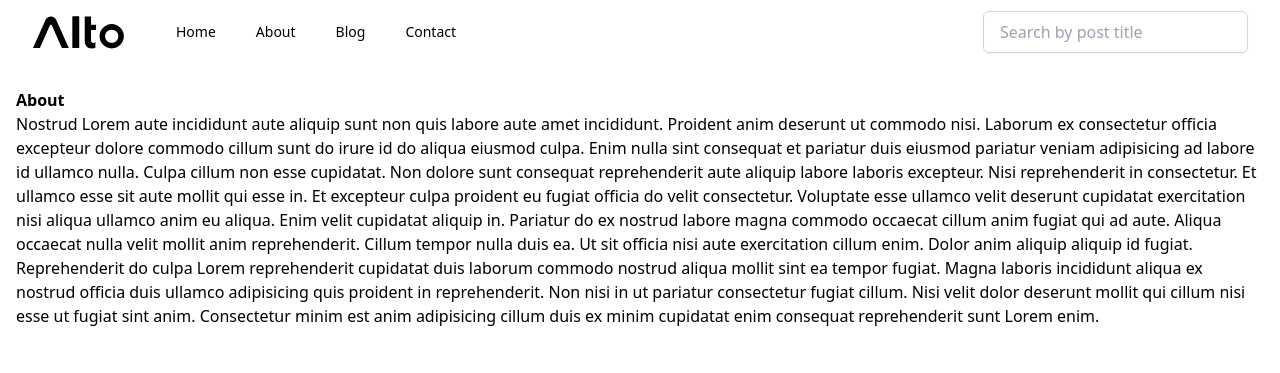
Repository: marianozamora/react-vitest
Page: /about
An editor plug-in stored every save of this project. The page is shown before and after the next save, followed by the edit.
The browser window is 1280 px wide. The pictures show the whole page.
The project was rebuilt for these pictures with package versions that can differ from the ones it lists, and the page was loaded fresh each time. Also part of the build but not shown: vite.config.ts, src/components/03-components/ImageHero.tsx, src/components/05-pages/Home.tsx, src/components/04-layouts/PostList.tsx, src/components/05-pages/Posts.tsx, src/components/03-components/AddPost.tsx, src/components/05-pages/ErrorPage.tsx, src/components/03-components/YoutubeVideo.tsx and 2 more.

Above is the page before, as saved 2023-05-07 05:33:18.

### src/main.tsx
import React, { Children } from 'react'
import ReactDOM from 'react-dom/client'
//import React from 'react'
import { Route, createBrowserRouter, createRoutesFromElements, RouterProvider } from 'react-router-dom';

import Home from './components/05-pages/Home'
import About from './components/05-pages/About'
import Blog from './components/05-pages/About'
import Contact from './components/05-pages/About'

import Navbar from "./components/02-molecules/NavBar";
import './index.css'
import { Layout } from './components/04-layouts/Layout';
import Posts from './components/05-pages/Posts'
import PostEdit from './components/03-components/AddPost'
import ErrorPage from './components/05-pages/ErrorPage';
import DetailPost from './components/05-pages/DetailPost';
import EditPost from './components/03-components/EditPost';

const router = createBrowserRouter(
  createRoutesFromElements(
    <Route path="/"
      errorElement={<ErrorPage />}
      element={<Layout />} >
      <Route index element={<Home />} />
      <Route path="about" element={<About />} />
      <Route path="blog" element={<Blog />} />
      <Route path="contact" element={<Contact />} />
      <Route path="posts" element={<Posts />} />
      <Route path="posts/:postId" element={<DetailPost />} />
      <Route path="posts/edit/:postId" element={<EditPost />} />

      <Route path="add-post" element={<PostEdit />} />

    </Route>
  )
)

ReactDOM.createRoot(document.getElementById('root') as HTMLElement).render(
  <React.StrictMode>
      <RouterProvider router={router} />
  </React.StrictMode>,
)

### src/components/05-pages/About.tsx
import { LoremIpsum } from "lorem-ipsum";

const lorem = new LoremIpsum({
  sentencesPerParagraph: {
    max: 8,
    min: 4
  },
  wordsPerSentence: {
    max: 16,
    min: 4
  }
});

const About = () => {
  return (
    <>
      <h1 className="font-bold text-2xle">About</h1>
      <p>{ lorem.generateParagraphs(4) }</p>
    </>
  )
}

export default About

### src/index.css
@tailwind base;
@tailwind components;
@tailwind utilities;


body{
  background-color: white;
  color: black;
}

### src/components/04-layouts/Layout.tsx
import React from 'react'
import { Outlet } from 'react-router-dom';
// import Navbar from '../02-molecules/NavBar';
import Header from '../03-components/Header';
import Container from '../04-layouts/Container';

export const Layout = ({ children }: any) => {
    return (
        <div>
        <Header />
        <Container>
        <Outlet />
        </Container>
        {/* <Footer /> */}
        </div>
    )
}

### src/components/03-components/Header.tsx
import NavBar from "../02-molecules/NavBar";
import SearchBar from "./SearchBar";
import { usePostStore } from '../../store/postStore';
import {useNavigate} from 'react-router-dom'

export default function Header() {
  const { posts } = usePostStore();
  const navigate = useNavigate();
  return (
    <div className="flex items-center justify-between ">
      <NavBar />
          <SearchBar
              posts={posts}
              onSelectPost={(post) => navigate(`posts/${post.id}`)}
          />
    </div>
  );
}

### src/components/04-layouts/Container.tsx
import React, { ReactNode } from 'react';
import { ContainerProps } from '../../types/interfaces';

const Container: React.FC<ContainerProps> = ({ children }) => {
    return <div className="container mx-auto px-4 mt-6">{children}</div>;
};

export default Container;

### src/store/postStore.ts
import { create } from 'zustand';
import { v4 as uuidv4 } from 'uuid';
import { Post, PostState } from '../types/interfaces';

const getDataStorage = () => {
    const data = localStorage.getItem('posts');
    return data ? JSON.parse(data) : [];
};
const initialState = {
    posts: getDataStorage(),
};



export const usePostStore = create<PostState>((set, get) => ({
    posts: initialState.posts,
    addPost: (post) => {
        post.id = uuidv4();
        set(
            (state) => ({ posts: [...state.posts, post] }))
        localStorage.setItem('posts', JSON.stringify([...initialState.posts, post]));
    },
    removePost: (post) =>
        set((state) => ({
            posts: state.posts.filter((p) => p !== post),
        })),
    editPost: (post: Post) =>
        set((state) => ({
            posts: state.posts.map((p) => (p.id === post.id ? post : p)),
        })),
    getPost: (id: string) => {
        const data = get();
        const post = data.posts.find((p) => p.id === id);
        return post;
    }


}));

### src/components/02-molecules/NavBar.tsx
import React from 'react';
//import * as LinkC from '../01-atoms/Link';
import { Link } from 'react-router-dom';
import Logo
    from '../01-atoms/Logo';
const Navbar: React.FC = () => {
    return (
        <nav className="bg-white text-black">
        <div className="max-w-7xl mx-auto px-4 sm:px-6 lg:px-8">
            <div className="flex items-center justify-between h-16">
            <div className="flex items-center">
                <div className="flex-shrink-0">
                <Link to="/">
                 <Logo
                    />
                </Link>
                </div>
                <div className="hidden md:block">
                <div className="ml-10 flex items-baseline space-x-4">
                    <Link
                    to="/"
                    className="text-black hover:text-gray-300 px-3 py-2 rounded-md text-sm font-medium"
                    >
                    Home
                    </Link>
                    <Link
                    to="/about"
                    className="text-black hover:text-gray-300 px-3 py-2 rounded-md text-sm font-medium"
                    >
                    About
                    </Link>
                    <Link
                    to="/blog"
                    className="text-black hover:text-gray-300 px-3 py-2 rounded-md text-sm font-medium"
                    >
                    Blog
                    </Link>
                    <Link
                    to="/contact"
                    className="text-black hover:text-gray-300 px-3 py-2 rounded-md text-sm font-medium"
                    >
                    Contact
                    </Link>
                </div>
                </div>
            </div>
            </div>
        </div>
        </nav>
    );
};

export default Navbar;

### src/components/03-components/SearchBar.tsx
import React, { useState } from 'react';
import { Post, SearchBarProps } from '../../types/interfaces';

const SearchBar: React.FC<SearchBarProps> = ({ posts, onSelectPost }) => {
    const [searchText, setSearchText] = useState('');
    const [searchResults, setSearchResults] = useState<Post[]>([]);

    const handleSearchTextChange = (event: React.ChangeEvent<HTMLInputElement>) => {
        const searchText = event.target.value;
        setSearchText(searchText);

        // Perform search logic here
        const filteredPosts = posts.filter((post) =>
        post.title.toLowerCase().includes(searchText.toLowerCase())
        );
        setSearchResults(filteredPosts);
    };

    const handlePostSelection = (post: Post) => {
        onSelectPost(post);
        setSearchText('');
        setSearchResults([]);
    };

    return (
        <div className="space-y-2 mr-8">
        <input
          type="text"
          value={searchText}
          onChange={handleSearchTextChange}
          placeholder="Search by post title"
          className="px-4 py-2 border border-gray-300 rounded-md shadow-sm focus:outline-none focus:ring-2 focus:ring-blue-500"
        />
        <ul className="space-y-2 absolute">
          {searchResults.map((post) => (
            <li
              key={post.id}
              onClick={() => handlePostSelection(post)}
              className="cursor-pointer hover:bg-gray-100 px-4 py-2 rounded-md"
            >
              {post.title}
            </li>
          ))}
        </ul>
      </div>
    );
};

export default SearchBar;

### src/components/01-atoms/Logo/index.tsx
import React from 'react';
import logoImage from '../.././../assets/logo.svg';

const Logo: React.FC = () => {
    return <img src={logoImage} alt="Logo" />;
};

export default Logo;

Loaded but not shown: index.html (common file); tailwind.config.js (common file)

After the next save:
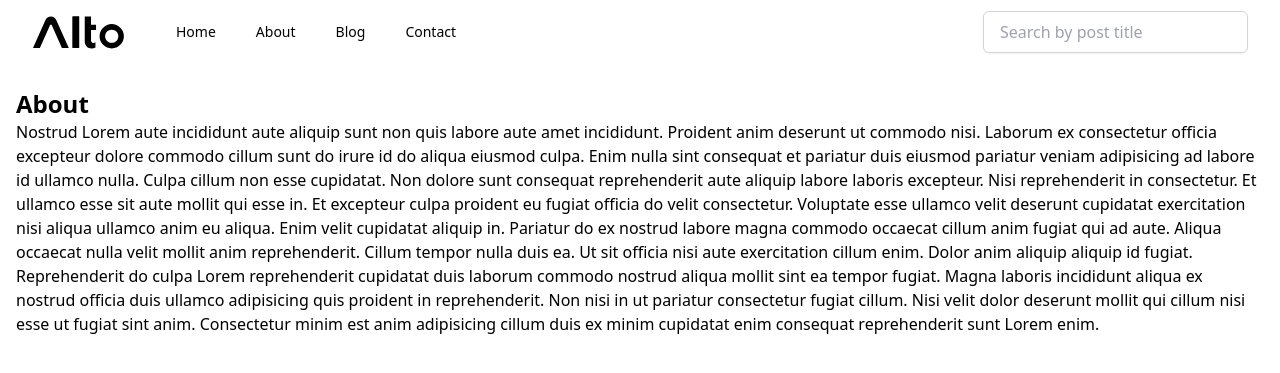
Saved 5 s later.
--- a/src/components/05-pages/About.tsx
+++ b/src/components/05-pages/About.tsx
@@ -14,7 +14,7 @@ const lorem = new LoremIpsum({
 const About = () => {
   return (
     <>
-      <h1 className="font-bold text-2xle">About</h1>
+      <h1 className="font-bold text-2xl">About</h1>
       <p>{ lorem.generateParagraphs(4) }</p>
     </>
   )
